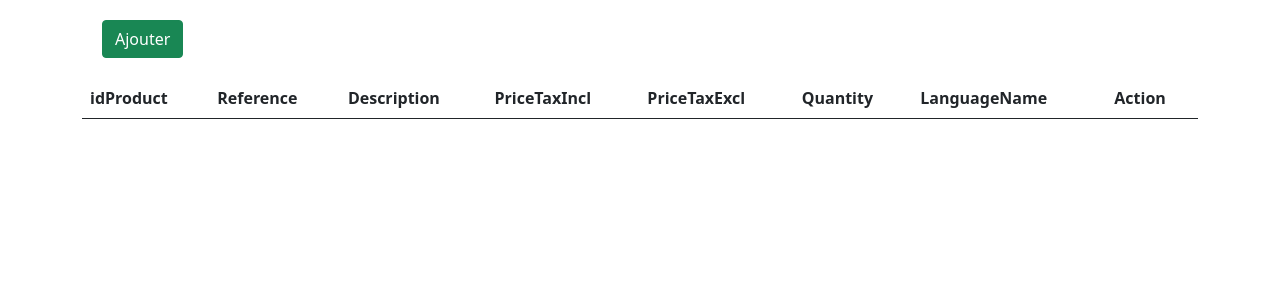
Repository: ahamie71/CrUDPOO
Page: http://localhost/index.php?action=AfficheCrud
An editor plug-in stored every save of this project. The page is shown before and after a run of saves, followed by the edit.
The browser window is 1280 px wide. The pictures show the whole page.
The page is run by PHP 8.4 with error messages shown; the project is at /var/www/html/. Queries for data that is not in the repository find no rows.

Above is the page before, as saved 2023-07-31 15:25:19.

After the next 3 saves:
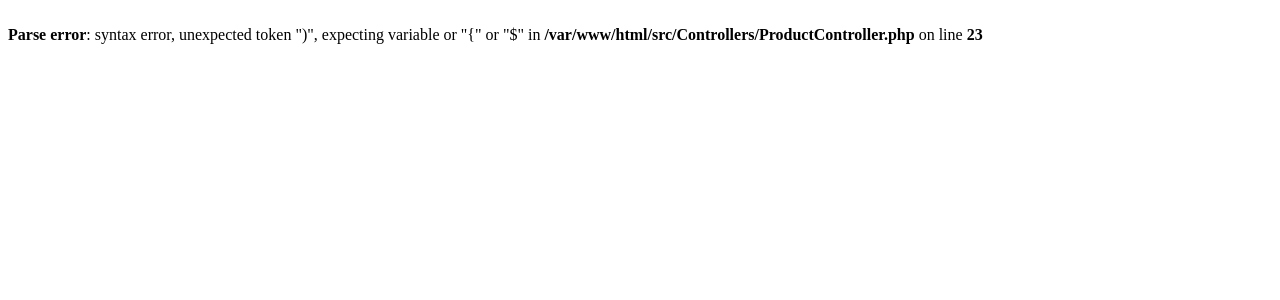
The 3 saves are shown as one change because they came seconds apart.
The last was saved 8 s later.
--- a/src/Controllers/ProductController.php
+++ b/src/Controllers/ProductController.php
@@ -20,7 +20,7 @@
             $idProduct = $_GET['id'];
             $productRepository = new ProductRepository();
             $product = $productRepository->getProductById($idProduct);
-
+            var_dump($)
 
             // Définir le type de contenu de la réponse en JSON
             header('Content-Type: application/json');

After the 2 saves that followed:
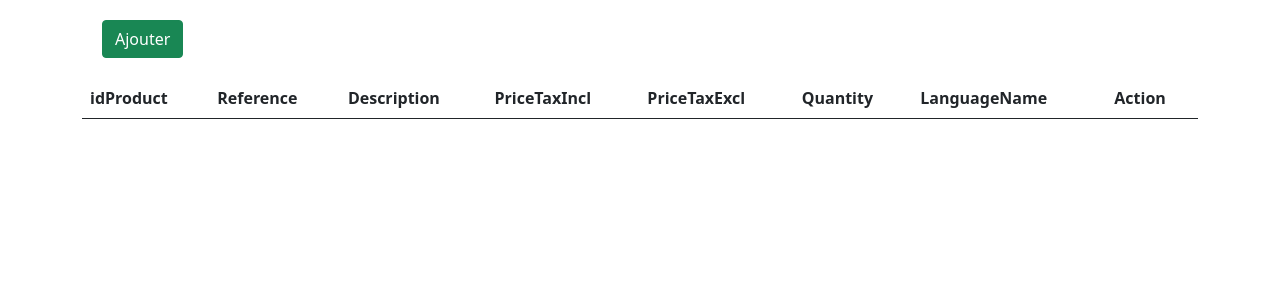
The 2 saves are shown as one change because they came seconds apart.
The last was saved 5 s later.
--- a/src/Controllers/ProductController.php
+++ b/src/Controllers/ProductController.php
@@ -20,7 +20,7 @@
             $idProduct = $_GET['id'];
             $productRepository = new ProductRepository();
             $product = $productRepository->getProductById($idProduct);
-            var_dump($)
+            var_dump($idProduct);
 
             // Définir le type de contenu de la réponse en JSON
             header('Content-Type: application/json');
